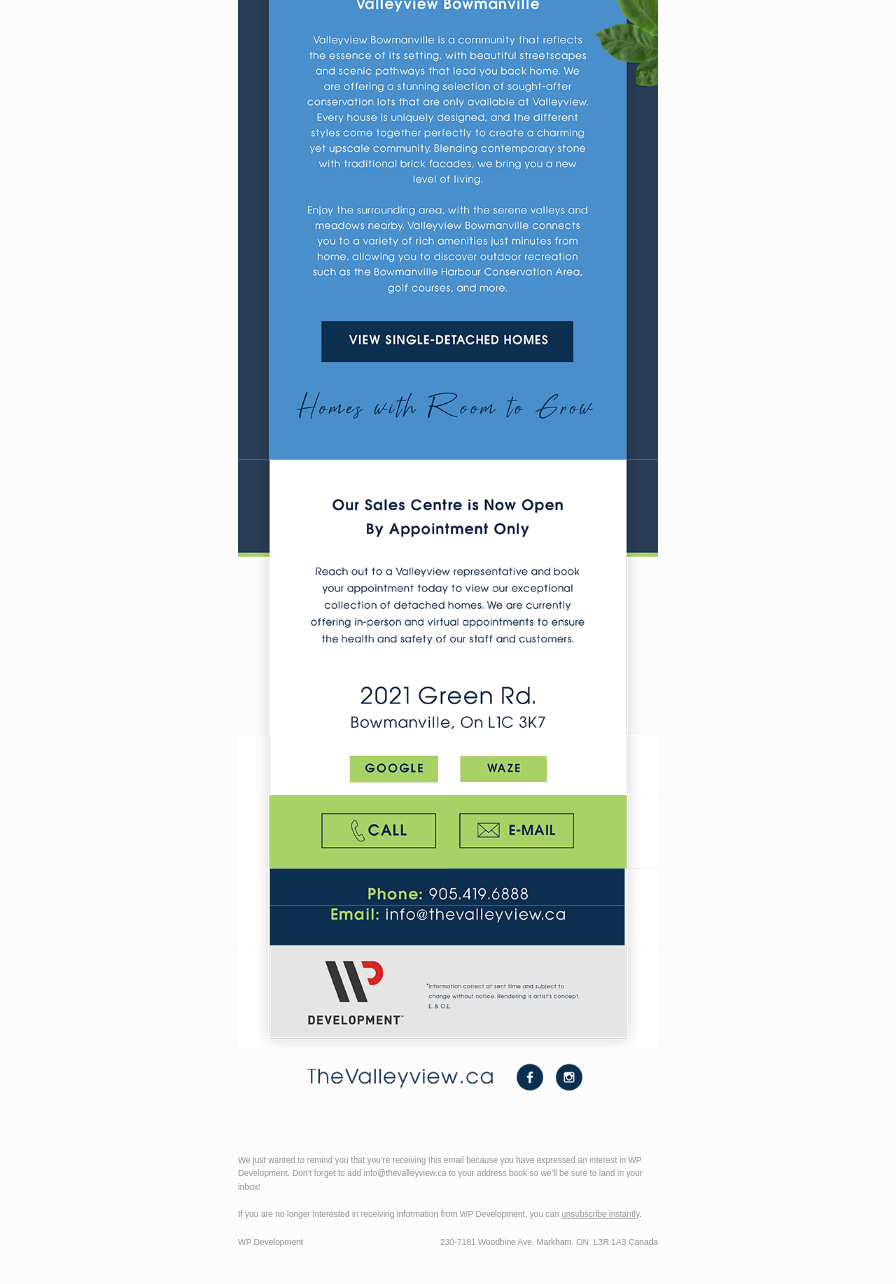
Repository: Danieldev28/Email_Marketing
Page: 6535 WEAL Valleyview - July 2020 Conservation Ecast/index.html
The author's editor kept a record of every edit. The page is drawn from the files as they stood at one moment, then again after the next edit.
The browser window is 1280 px wide. The pictures show the part of the page from y = 1277 to 3197 px (the page is 3111 px tall before and 3197 px after), at 70% of full size.

Above is the page before.

### 6535 WEAL Valleyview - July 2020 Conservation Ecast/index.html
<!DOCTYPE html PUBLIC "-//W3C//DTD HTML 4.01 Transitional//EN"
	 "http://www.w3.org/TR/html4/loose.dtd">
<html lang="en">
	<head>
		<meta http-equiv="Content-Type" content="text/html; charset=UTF-8">
		<title>Valleyview</title>
		<meta name="format-detection" content="telephone=no">
		<style type="text/css">
			@media screen and (-webkit-min-device-pixel-ratio: 3.0) and (max-width: 1080px), screen and (max-width: 600px){
				table[class="contenttable"]{
					width: 340px !important;
				}
				table[class="legal"]{
					width: 340px !important;
				}
				img[class="social"]{
					height: 22px !important;
				}
				img[class="img-full"]{
					width: 340px !important;
				}
				img[class="url"]{
					width: 200px !important;
				}
				table[class="box1"]{
					width:  124.71px !important;
				}
				table[class="box2"]{
					width:  90.70px !important;
				}
				table[class="box3"]{
					width:  170px !important;
				}
			}
			table{
				mso-table-lspace:0pt;
				mso-table-rspace:0pt;
				border-collapse:collapse;
			}
			a {
				text-decoration:none;
				border:none;
			}
			img {
				border:none;
				border-collapse:collapse;
			}
			hr {
				height:1px;
				color:#fff;
				background-color: #fff;
				border:none;
			}
			p {
				padding:0px;
				margin:0px;
			}
			.ReadMsgBody { width: 100%; margin:0px; padding:0px;}
			.ExternalClass {width: 100%; margin:0px; padding:0px; background-color:#fff !important;}
			*{line-height: 100% }
		</style>
	</head>
	<body bgcolor="#fcfcfc" topmargin="0" leftmargin="0" marginheight="0" marginwidth="0" style="-webkit-font-smoothing: antialiased;width:100% !important;background:#fcfcfc;-webkit-text-size-adjust:none;background-color:#fcfcfc;">
		<table border="0" cellpadding="0" cellspacing="0" class="contenttable" align="center" style="width:600px;height:auto;border-collapse:collapse;">
			<tr>
				<td colspan="2" style="margin:0px;padding:40px 0px;color:#8f8f8f;font-family:'Gotham', sans-serif;font-size:12px;line-height:1.2;" align="left" class="legal1">
					<!--[if gte mso 9]><font face="'Gotham', Helvetica, sans-serif" style="line-height:1.2;font-family:'Gotham', sans-serif;"><![endif]-->
						[firstname,fallback=Registrant] is this email not displaying correctly? <webversion style="color:#8f8f8f;line-height:1.2;">View it in your browser</webversion>.
					<!--[if gte mso 9]></font><![endif]-->
				</td>
			</tr>
			<tr>
				<td colspan="2" style="margin:0px;padding:0px 0px 0px 0px;text-align:center;background-color:#fff;line-height:0px;"><a href="https://thevalleyview.ca/?utm_source=6535%20WEAL%20Valleyview%20-%20July%202020%20Conservation%20Ecast&utm_medium=email&utm_campaign=6535%20WEAL%20Valleyview%20-%20July%202020%20Conservation%20Ecast&utm_content=Valleyview" target="_blank" style="line-height:0px;"><img src="img/top1.png" style="line-height:0px;width:100%;" class="img-full" alt="Valleyview"></a></td>
		  	</tr>
			<tr>
				<td colspan="2" style="margin:0px;padding:0px 0px 0px 0px;text-align:center;line-height:0px;"><a href="https://thevalleyview.ca/?utm_source=6535%20WEAL%20Valleyview%20-%20July%202020%20Conservation%20Ecast&utm_medium=email&utm_campaign=6535%20WEAL%20Valleyview%20-%20July%202020%20Conservation%20Ecast&utm_content=Valleyview" target="_blank" style="line-height:0px;"><img src="img/text2.png" style="line-height:0px;width:100%;" class="img-full" alt="View Single-Detached Homes"></a></td>
			</tr>
			<tr>
				<td colspan="2" style="margin:0px;padding:0px 0px 0px 0px;text-align:center;line-height:0px;"><a href="https://thevalleyview.ca/?utm_source=6535%20WEAL%20Valleyview%20-%20July%202020%20Conservation%20Ecast&utm_medium=email&utm_campaign=6535%20WEAL%20Valleyview%20-%20July%202020%20Conservation%20Ecast&utm_content=Valleyview" target="_blank" style="line-height:0px;"><img src="img/text3.png" style="line-height:0px;width:100%" class="img-full" alt="View Single-Detached Homes"></a></td>
		  	</tr>
			<tr>
				<td colspan="2" style="margin:0px;padding:0px 0px 0px 0px;text-align:center;line-height:0px;"><a href="https://thevalleyview.ca/?utm_source=6535%20WEAL%20Valleyview%20-%20July%202020%20Conservation%20Ecast&utm_medium=email&utm_campaign=6535%20WEAL%20Valleyview%20-%20July%202020%20Conservation%20Ecast&utm_content=Valleyview" target="_blank" style="line-height:0px;"><img src="img/something4-middle.png" style="line-height:0px;width:100%" class="img-full" alt="Valleyview"></a></td>

		  	</tr>
		  	<!--not workingggg-->
		  <!--	<tr>
		  			<td colspan="2" style="margin:0px;padding:0px 0px 0px 0px;text-align:center;line-height:0px;"><a href="https://thevalleyview.ca/?utm_source=6535%20WEAL%20Valleyview%20-%20July%202020%20Conservation%20Ecast&utm_medium=email&utm_campaign=6535%20WEAL%20Valleyview%20-%20July%202020%20Conservation%20Ecast&utm_content=Valleyview" target="_blank" style="line-height:0px;"><img src="img/something4-google.png"  style="line-height:0px;" class="img" alt="Valleyview"></a></td>
				<td colspan="2" style="margin:0px;padding:0px 0px 0px 0px;text-align:center;line-height:0px;"><a href="https://thevalleyview.ca/?utm_source=6535%20WEAL%20Valleyview%20-%20July%202020%20Conservation%20Ecast&utm_medium=email&utm_campaign=6535%20WEAL%20Valleyview%20-%20July%202020%20Conservation%20Ecast&utm_content=Valleyview" target="_blank" style="line-height:0px;"><img src="img/something4-waze.png"  style="line-height:0px;" class="img" alt="Valleyview"></a></td>
		  	</tr>-->
			<tr>
				<td>
					<table>
						<tr>
							<td style="border-collapse:collapse;margin:0px;padding:0px 0px 0px;background-color:#fff;color:#E5422B;font-family:'Gotham', sans-serif;font-size:20px;line-height:1;text-align:center;font-weight:500;text-transform:uppercase;"
								align="right" class="header2">
									<table border="0" cellpadding="0" cellspacing="0" class="box3" align="right" style="width:300px;height:auto;border-collapse:collapse;font-family:Helvetica, Arial, sans-serif;font-size:14px;">
										<tr>
											<td style="border-collapse:collapse;margin:0px;padding:0px;background-color:#fff;color:#000;font-family:'Gotham', sans-serif;font-size:32px;line-height:1;text-align:left;font-weight:400;text-transform:uppercase;"align="left" class="text1"><!--[if gte mso 9]><font face="Helvetica, sans-serif" style="line-height:1;><![endif]--><a href="" target="_blank" style="line-height:0px;" cm_dontconvertlink><img src="img/something4-google.png" style="line-height:1;width:100%;"  alt=""></a><!--[if gte mso 9]></font><![endif]--></td>
										</tr>
									</table>
							</td>
							<td style="border-collapse:collapse;margin:0px;padding:0px 0px 0px;background-color:#fff;color:#E5422B;font-family:'Gotham', sans-serif;font-size:20px;line-height:1;text-align:center;font-weight:500;text-transform:uppercase;"
								align="right" class="header2">
									<table border="0" cellpadding="0" cellspacing="0" class="box3" align="right" style="width:300px;height:auto;border-collapse:collapse;font-family:Helvetica, Arial, sans-serif;font-size:14px;">
										<tr>
											<td style="border-collapse:collapse;margin:0px;padding:0px;background-color:#fff;color:#000;font-family:'Gotham', sans-serif;font-size:32px;line-height:1;text-align:left;font-weight:400;text-transform:uppercase;"align="left" class="text1"><!--[if gte mso 9]><font face="Helvetica, sans-serif" style="line-height:1;><![endif]--><a href="" target="_blank" style="line-height:0px;" cm_dontconvertlink><img src="img/something4-waze.png" style="line-height:1;width:100%;"  alt=""></a><!--[if gte mso 9]></font><![endif]--></td>
										</tr>
									</table>
							</td>
						</tr>
					</table>
				</td>
			</tr>


		  	<!-------------------------------->
			<tr>
				<td>
					<table border="0" cellpadding="0" cellspacing="0" class="legal" align="center" style="width:600px;height:auto;border-collapse:collapse;font-family:Helvetica, Arial, sans-serif;font-size:14px;">
						<tr>
							<td style="border-collapse:collapse;margin:0px;padding:0px 0px 0px;background-color:#fff;color:#E5422B;font-family:'Gotham', sans-serif;font-size:20px;line-height:1;text-align:center;font-weight:500;text-transform:uppercase;"
								align="right" class="header2">
								<!--[if gte mso 9]><font face="Helvetica, sans-serif" style="line-height:1;><![endif]-->
									<table border="0" cellpadding="0" cellspacing="0" class="box3" align="right" style="width:300px;height:auto;border-collapse:collapse;font-family:Helvetica, Arial, sans-serif;font-size:14px;">
										<tr>
											<td style="border-collapse:collapse;margin:0px;padding:0px;background-color:#fff;color:#000;font-family:'Gotham', sans-serif;font-size:32px;line-height:1;text-align:left;font-weight:400;text-transform:uppercase;"align="left" class="text1"><!--[if gte mso 9]><font face="Helvetica, sans-serif" style="line-height:1;><![endif]--><a href="tel:9054196888" target="_blank" style="line-height:0px;" cm_dontconvertlink><img src="img/call.png" style="line-height:1;width:100%;"  alt="905-419-6888"></a><!--[if gte mso 9]></font><![endif]--></td>
										</tr>
									</table>
								<!--[if gte mso 9]></font><![endif]-->
							</td>
							<td style="border-collapse:collapse;margin:0px;padding:0px 0px 0px;background-color:#0c2e4f;color:#E5422B;font-family:'Gotham', sans-serif;font-size:20px;line-height:1;text-align:center;font-weight:500;text-transform:uppercase;"
								align="right" class="header2">
								<!--[if gte mso 9]><font face="Helvetica, sans-serif" style="line-height:1;><![endif]-->
									<table border="0" cellpadding="0" cellspacing="0" class="box3" align="right" style="width:300px;height:auto;border-collapse:collapse;font-family:Helvetica, Arial, sans-serif;font-size:14px;">
										<tr>
											<td style="border-collapse:collapse;margin:0px;padding:0px;background-color:#fff;color:#000;font-family:'Gotham', sans-serif;font-size:32px;line-height:1;text-align:left;font-weight:400;text-transform:uppercase;"align="left" class="text1"><!--[if gte mso 9]><font face="Helvetica, sans-serif" style="line-height:1;><![endif]--><a href="mailto:info@thevalleyview.ca" target="_blank" style="line-height:1;text-decoration:none;"><img src="img/email-2.png" style="line-height:1;width:100%;"  alt="info@thevalleyview.ca"></a><!--[if gte mso 9]></font><![endif]--></td>
										</tr>
									</table>
								<!--[if gte mso 9]></font><![endif]-->
							</td>
						</tr>
					</table>
				</td>
			</tr>
			<tr>
				<td colspan="2" style="margin:0px;padding:0px 0px 0px 0px;text-align:center;line-height:0px;"><a href="tel:9054196888" target="_blank" style="line-height:0px;" cm_dontconvertlink><img src="img/phone.png" style="line-height:0px;width:100%;" class="img-full" alt="9054196888"></a></td>
		  	</tr>
			<tr>
				<td colspan="2" style="margin:0px;padding:0px 0px 0px 0px;text-align:center;line-height:0px;"><a href="mailto:info@thevalleyview.ca" target="_blank" style="line-height:0px;"><img src="img/email.png" style="line-height:0px;width:100%;" class="img-full" alt="info@thevalleyview.ca"></a></td>
		  	</tr>
			<tr>
				<td colspan="2" style="margin:0px;padding:0px 0px 0px 0px;text-align:center;line-height:0px;"><a href="wpcontent" class="img-full" alt="Footer"></a></td>
		  	</tr>
		  	<!--working on-->
		  		<tr>
				<td colspan="2" style="margin:0px;padding:0px 0px 0px 0px;text-align:center;line-height:0px;"><a href="http://wpdevelopment.ca/?utm_source=6396%20WEAL%20Valleyview%20-%20Survey%20Winner%20June%202020&amp;utm_content=WP%20Development%20Footer&amp;utm_campaign=Valleyview" target="_blank" style="line-height:0px;"><img src="img/footer.png" style="line-height:0px;width:100%" class="img-full" alt="Footer"></a></td>
		  	</tr>
		  	<!---------------------------------------------------------->
			<tr>
				<td colspan="2" style="margin:0px;padding:24px 0px 50px;text-align:center;line-height:1;" class="">
					<!---fix link!!----->
					<a href="" target="_blank" style="line-height:0px;"><img src="img/url.png" style="line-height:1;" class="url" alt="TheValleyview.ca"></a><a href="https://www.facebook.com/WP-Development-Inc-168421577165999/" target="_blank" style="line-height:1;text-decoration:none;"><img src="img/facebook.png" style="line-height:1;"  alt="" class="social"></a><a href="https://www.instagram.com/wp.development/" target="_blank" style="line-height:1;text-decoration:none;"><img src="img/instagram.png" style="line-height:1;"  alt="" class="social"></a>
				</td>
			</tr>
		</table>
		<table border="0" cellpadding="0" cellspacing="0" class="legal" align="center" style="width:600px;">
			<tr>
				<td colspan="2" style="margin:0px;padding:40px 0px 20px;color:#8f8f8f;font-family:'Gotham', sans-serif;font-size:12px;line-height:1.6;text-align:left;" align="center" class="legal1">
					<!--[if gte mso 9]><font face="'Gotham', Helvetica, sans-serif" style="line-height:1.6;"><![endif]-->
						We just wanted to remind you that you&#8217;re receiving this email because you have expressed an interest in WP Development. Don&#8217;t forget to add <a href="mailto:info@thevalleyview.ca" style="color:#8f8f8f;text-decoration:none;line-height:1.6;">info@thevalleyview.ca</a> to your address book so we&#8217;ll be sure to land in your inbox!
					<!--[if gte mso 9]></font><![endif]-->
				</td>
			</tr>
			<tr>
				<td colspan="2" style="margin:0px;padding:0px 0px 20px;color:#8f8f8f;font-family:'Gotham', sans-serif;font-size:12px;line-height:1.6;text-align:left;" align="center" class="legal1">
					<!--[if gte mso 9]><font face="'Gotham', Helvetica, sans-serif" style="line-height:1.6;"><![endif]-->
						If you are no longer interested in receiving information from WP Development, you can <unsubscribe style="text-decoration:underline;color:#8f8f8f;line-height:1.6;">unsubscribe instantly</unsubscribe>.
					<!--[if gte mso 9]></font><![endif]-->
				</td>
			</tr>
			<tr>
				<td style="margin:0px;padding:0px 0px 50px;color:#8f8f8f;font-family:'Gotham', sans-serif;font-size:12px;line-height:1.6;text-align:left;font-weight:500;" align="left" class="legal1" itemprop="agent" itemscope itemtype="http://schema.org/Organization">
					<!--[if gte mso 9]><font face="'Gotham', Helvetica, sans-serif" style="line-height:1.6;"><![endif]-->
						<a href="https://thevalleyview.ca/?utm_source=6535%20WEAL%20Valleyview%20-%20July%202020%20Conservation%20Ecast&utm_medium=email&utm_campaign=6535%20WEAL%20Valleyview%20-%20July%202020%20Conservation%20Ecast&utm_content=Valleyview" style="line-height:1.6;color:#8f8f8f;text-decoration:none;" itemprop="url">
							WP Development
						</a>
					<!--[if gte mso 9]></font><![endif]-->
				</td>
				<td style="margin:0px;padding:0px 0px 50px 30px;color:#8f8f8f;font-family:'Gotham', sans-serif;font-size:12px;line-height:1.6;text-align:right;" align="right" class="legal1">
					<!--[if gte mso 9]><font face="'Gotham', Helvetica, sans-serif" style="line-height:1.6;"><![endif]-->
						<a href="https://thevalleyview.ca/?utm_source=6535%20WEAL%20Valleyview%20-%20July%202020%20Conservation%20Ecast&utm_medium=email&utm_campaign=6535%20WEAL%20Valleyview%20-%20July%202020%20Conservation%20Ecast&utm_content=Valleyview" target="_blank" style="line-height:1.6;color:#8f8f8f;text-decoration:none;">
							230-7181 Woodbine Ave. Markham. ON. L3R 1A3 Canada
						</a>
					<!--[if gte mso 9]></font><![endif]-->
				</td>
			</tr>
		</table>
	</body>
</html>

After the next edit:
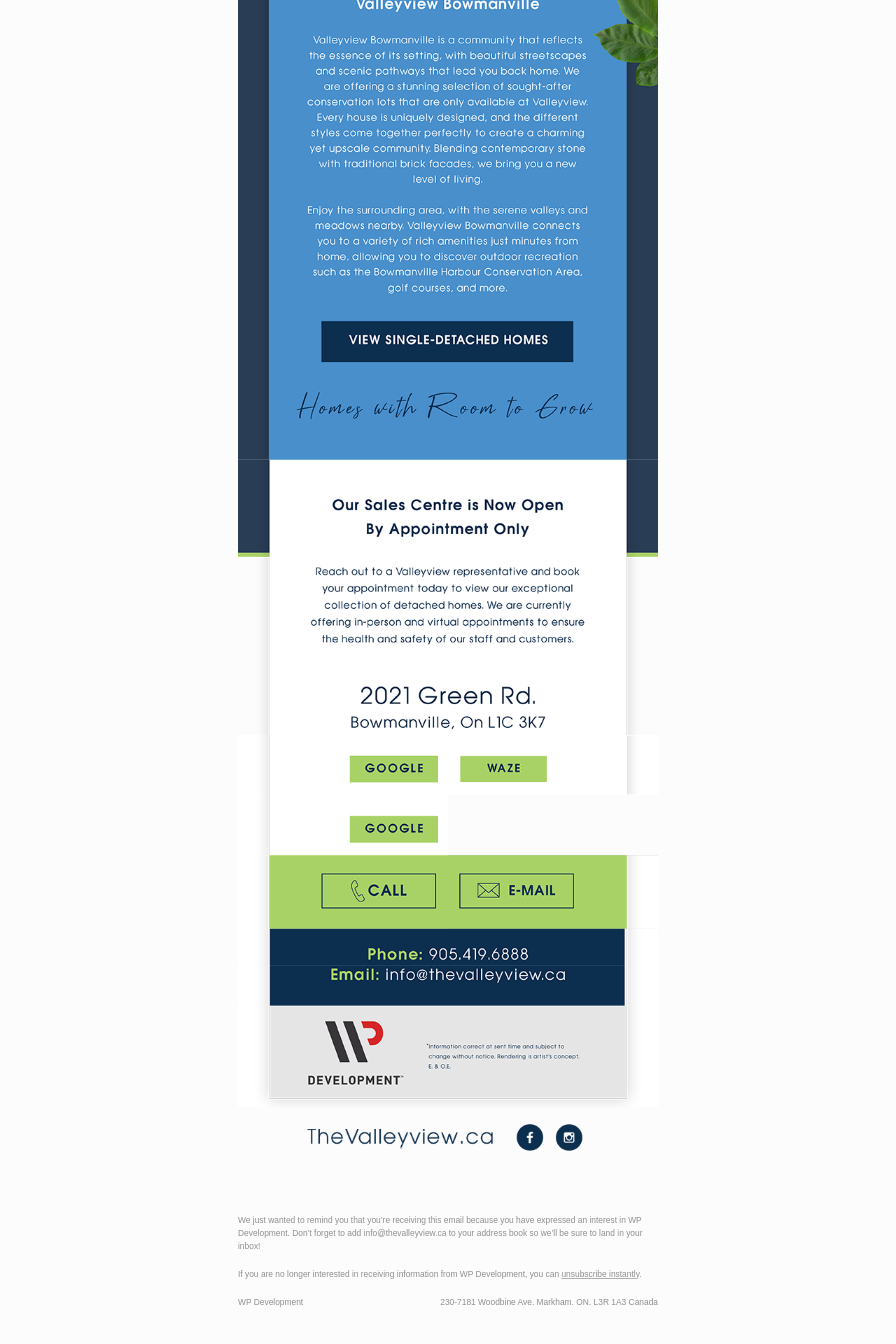
The edit:
--- a/6535 WEAL Valleyview - July 2020 Conservation Ecast/index.html
+++ b/6535 WEAL Valleyview - July 2020 Conservation Ecast/index.html
@@ -112,6 +112,23 @@
 				</td>
 			</tr>
 
+			<tr>
+				<td>
+					<table>
+						<tr>
+							<td style="border-collapse:collapse;margin:0px;padding:0px 0px 0px;background-color:#fff;color:#E5422B;font-family:'Gotham', sans-serif;font-size:20px;line-height:1;text-align:center;font-weight:500;text-transform:uppercase;"
+								align="right" class="header2">
+									<table border="0" cellpadding="0" cellspacing="0" class="box3" align="right" style="width:300px;height:auto;border-collapse:collapse;font-family:Helvetica, Arial, sans-serif;font-size:14px;">
+										<tr>
+											<td style="border-collapse:collapse;margin:0px;padding:0px;background-color:#fff;color:#000;font-family:'Gotham', sans-serif;font-size:32px;line-height:1;text-align:left;font-weight:400;text-transform:uppercase;"align="left" class="text1"><!--[if gte mso 9]><font face="Helvetica, sans-serif" style="line-height:1;><![endif]--><a href="" target="_blank" style="line-height:0px;" cm_dontconvertlink><img src="img/something4-google.png" style="line-height:1;width:100%;"  alt=""></a><!--[if gte mso 9]></font><![endif]--></td>
+										</tr>
+									</table>
+							</td>
+						</tr>
+					</table>
+				</td>
+			</tr>
+
 
 		  	<!-------------------------------->
 			<tr>
